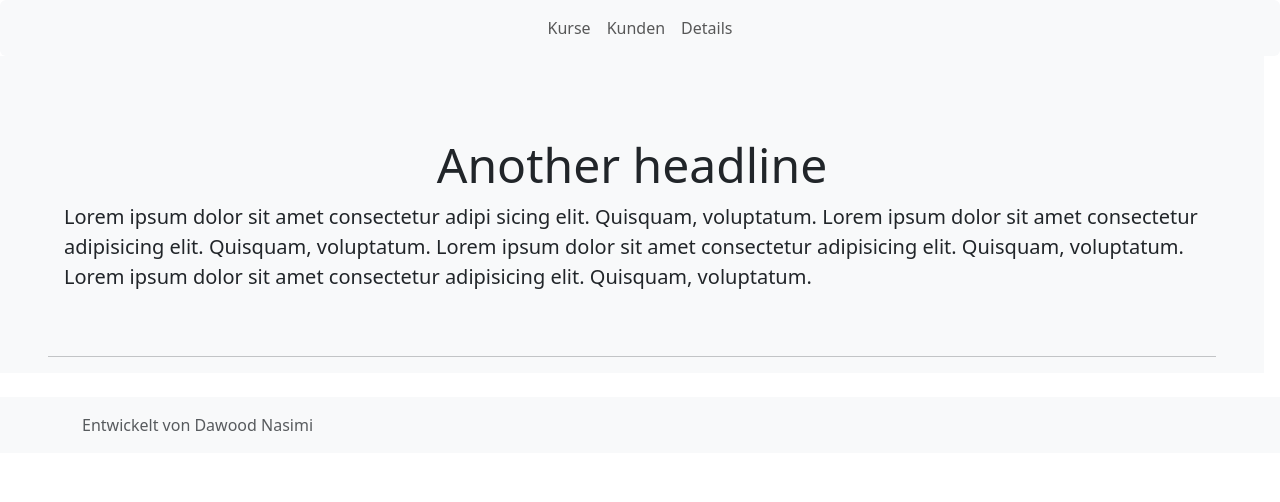
Repository: Dawoodnasimi/kurse
Page: templates/details/index.html.twig
These files come from the project's save history. The page is drawn as it stood at one moment and after the next save; the edit follows.
The browser window is 1280 px wide. The pictures show the whole page.
The page is a Twig template of a Symfony application; nobody is signed in and links lead nowhere. Other server files are loaded and not shown. The template is opened directly, without the code that normally fills it, so the values that code supplies are empty.

Above is the page before, as saved 2023-10-29 10:54:07.

### templates/details/index.html.twig
{% extends 'base.html.twig' %}

{% block title %}Hello DetailsController!
{% endblock %}

{% block body %}
	<div class="bg-body-tertiary me-md-3 pt-3 px-3 pt-md-5 px-md-5 text-center overflow-hidden">
		<div class="my-3 p-3">
			<h2 class="display-5 text-center">Another headline</h2>
			<p class="lead" style='text-align:left;'>Lorem ipsum dolor sit amet consectetur adipi sicing elit. Quisquam, voluptatum. Lorem ipsum dolor sit amet consectetur adipisicing elit. Quisquam, voluptatum. Lorem ipsum dolor sit amet consectetur adipisicing elit. Quisquam, voluptatum. Lorem ipsum dolor sit amet consectetur adipisicing elit. Quisquam, voluptatum.</p>
		</div>

		{# NEW Section #}

		<div class='container'>
				<div class="row">
					{% for kurs in kurse %}
					<div class="col-sm-6 mb-3">
						<div class="card">
							<div class="card-body">
								<h5 class="card-title">{{ kurs.name }}</h5>
								<p class="card-text">{{ kurs.info }}</p>
								<a href="#" class="btn btn-primary">Go somewhere</a>
							</div>
						</div>
					</div>
					{% endfor %}
				</div>
		</div>

		{# NEW Section END #}

		<hr>

		<div class='container'>
			<div class="row">
			{% for kunde in kunden %}
			<div class="col-sm-6 mb-3">
						<div class="card">
							<div class="card-body">
								<h5 class="card-title">{{ kunde.name }}</h5>
								<p class="card-text">{{ kunde.anschrift  }}</p>
								<div class="input-group mb-3">
									<span class="input-group-text" id="basic-addon1">Begin</span>
									<input type="date" class="form-control"  value='{{ kunde.begin|date('Y-m-d') }}'>

									<span class="input-group-text" id="basic-addon1">Ende</span>
									<input type="date" class="form-control" value='{{ kunde.ende|date('Y-m-d') }}'>
								</div>
								{# <label class='mb-1 text-right' for='begin'> Begin </label><input type='date' id='begin' class='form-control mb-3' value='{{ kunde.begin|date('Y-m-d') }}'>
								<input type='date' class='form-control mb-3' value='{{ kunde.ende|date('Y-m-d') }}'> #}
								<a href="#" class="btn btn-primary">Go somewhere</a>
							</div>
						</div>
				</div>
				{% endfor %}
			</div>
		</div>

	</div>

	<br>
{% endblock %}

### templates/base.html.twig
<!DOCTYPE html>
<html>
	<head>
		<meta charset="UTF-8">
		<title>
			{% block title %}
			Kurse
			{% endblock %}
		</title>

		{% block stylesheets %}
		{{ encore_entry_link_tags('app') }}
		<link href="https://cdn.jsdelivr.net/npm/bootstrap@5.3.2/dist/css/bootstrap.min.css" rel="stylesheet" integrity="sha384-T3c6CoIi6uLrA9TneNEoa7RxnatzjcDSCmG1MXxSR1GAsXEV/Dwwykc2MPK8M2HN" crossorigin="anonymous">
		<link rel="stylesheet" href="https://cdn.jsdelivr.net/npm/bootstrap-icons@1.11.1/font/bootstrap-icons.css">

		{% endblock %}


		{% block javascripts %}
		{{ encore_entry_script_tags('app') }}

		<script src="https://cdn.jsdelivr.net/npm/bootstrap@5.3.2/dist/js/bootstrap.bundle.min.js" integrity="sha384-C6RzsynM9kWDrMNeT87bh95OGNyZPhcTNXj1NW7RuBCsyN/o0jlpcV8Qyq46cDfL" crossorigin="anonymous"></script>

		{% endblock %}

	</head>

	<body>

{% block header %}
    <nav class="navbar navbar-expand-lg bg-body-tertiary rounded" aria-label="Twelfth navbar example">
        <div class="container-fluid">
            <button class="navbar-toggler" type="button" data-bs-toggle="collapse" data-bs-target="#navbars_ziff" aria-controls="navbars_ziff" aria-expanded="false" aria-label="Toggle navigation">
                <span class="navbar-toggler-icon"></span>
            </button>

            <div class="collapse navbar-collapse justify-content-md-center" id="navbars_ziff">
                <ul class="navbar-nav">
                    <li class="nav-item">
                        <a class="nav-link {% if app.request.attributes.get('_route') == 'app_kurse' %}active{% endif %}" aria-current="page" href="{{ path('app_kurse') }}">Kurse</a>
                    </li>
                    <li class="nav-item">
                        <a class="nav-link {% if app.request.attributes.get('_route') == 'app_kunden' %}active{% endif %}" href="{{ path('app_kunden') }}">Kunden</a>
                    </li>
                    <li class="nav-item">
                        <a class="nav-link {% if app.request.attributes.get('_route') == 'app_details' %}active{% endif %}" href="{{ path('app_details') }}">Details</a>
                    </li>
                </ul>
            </div>
        </div>
    </nav>
{% endblock %}

{% block body %}{% endblock %}

{% block footer %}
		<footer class="footer mt-auto py-3 bg-body-tertiary">
			<div class="container">
				<span class="text-muted">Entwickelt von Dawood Nasimi</span>
			</div>
		</footer>

		{# <div class="container-fluid" style="background:whitesmoke">
			<footer class="d-flex justify-content-center py-3">
				<ul class="nav nav-pills">
					<li class="nav-item">
						<a href="{{ path('app_kurse') }}" class="nav-link active" aria-current="page">Home</a>
					</li>
					<li class="nav-item">
						<a href="{{ path('app_kunden') }}" class="nav-link">Features</a>
					</li>
					<li class="nav-item">
						<a href="{{ path('app_details') }}" class="nav-link">Pricing</a>
					</li>

				</ul>
			</footer>
		</div> #}
{% endblock %}

	</body>
</html>

Loaded but not shown: webpack.config.js (common file)

After the next save:
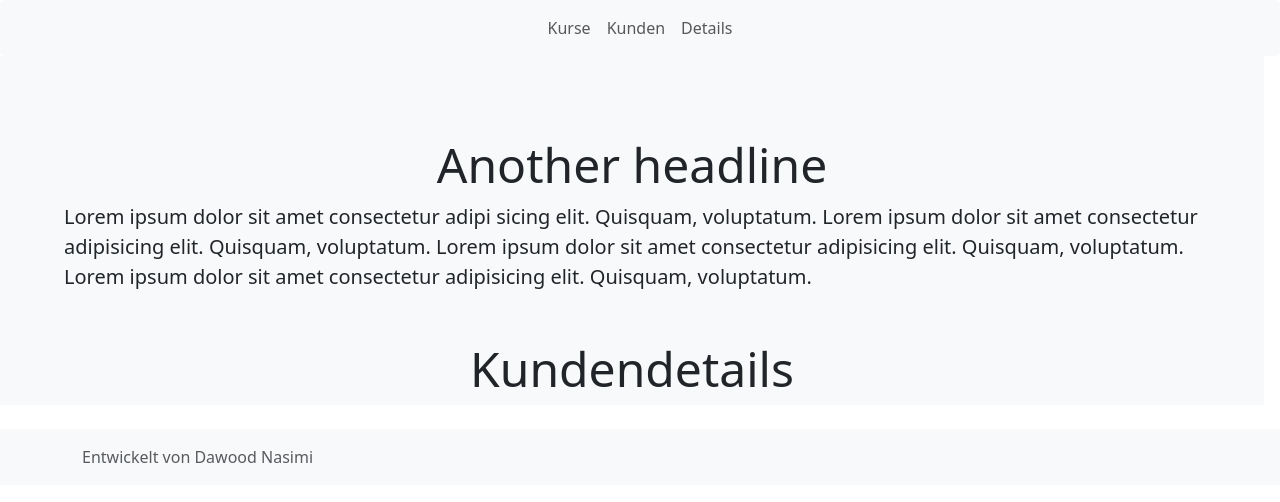
Saved 50 s later.
--- a/templates/details/index.html.twig
+++ b/templates/details/index.html.twig
@@ -30,9 +30,8 @@
 
 		{# NEW Section END #}
 
-		<hr>
-
 		<div class='container'>
+		<h2 class="display-5 text-center">Kundendetails</h2>
 			<div class="row">
 			{% for kunde in kunden %}
 			<div class="col-sm-6 mb-3">
